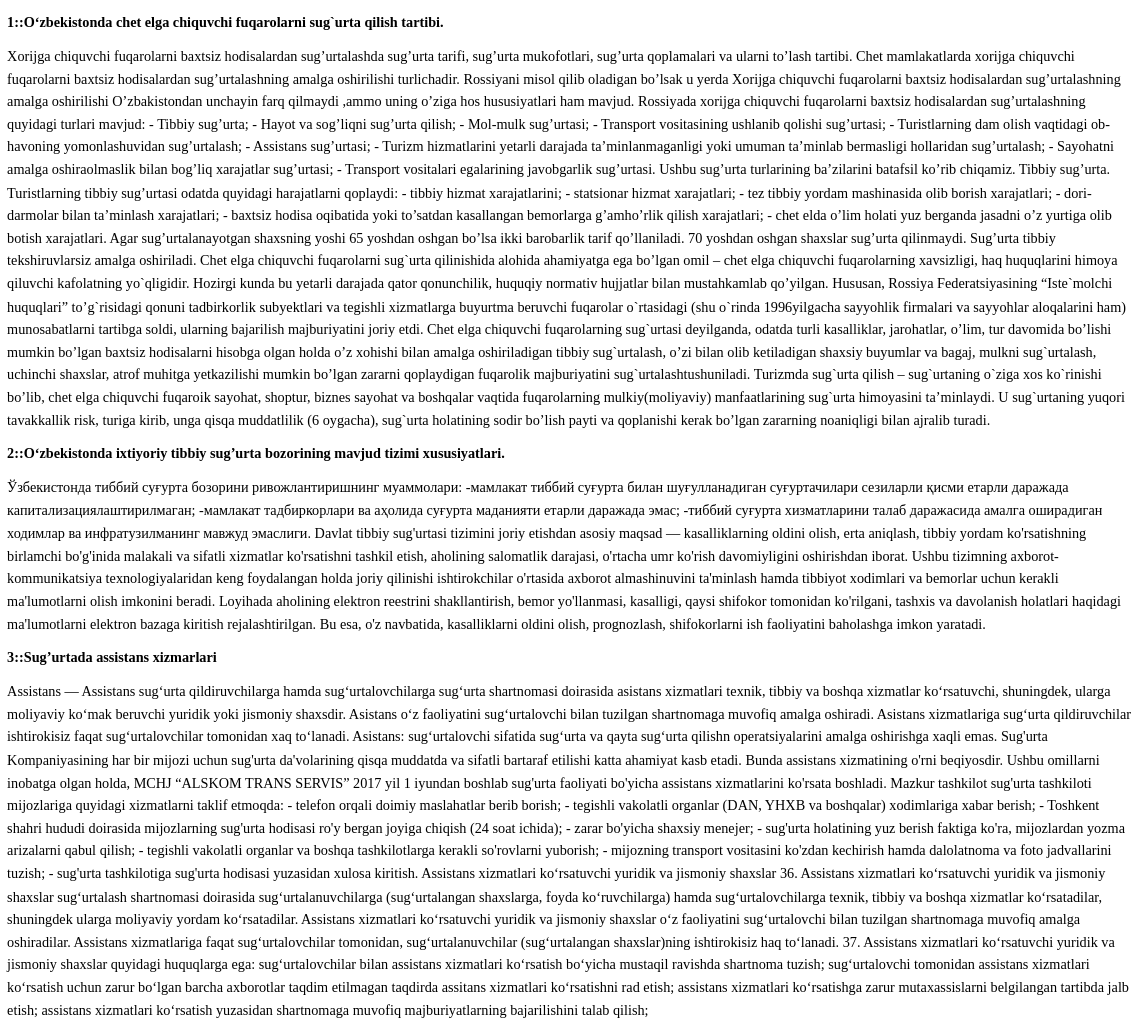
Repository: Ikromkhurozov/exam-inst
Page: index.html
An editor plug-in stored every save of this project. The page is shown before and after the next save, followed by the edit.
The browser window is 1280 px wide. The pictures show the whole page, at 89% of full size.

Above is the page before, as saved 2023-05-21 15:41:52.

After the next save:
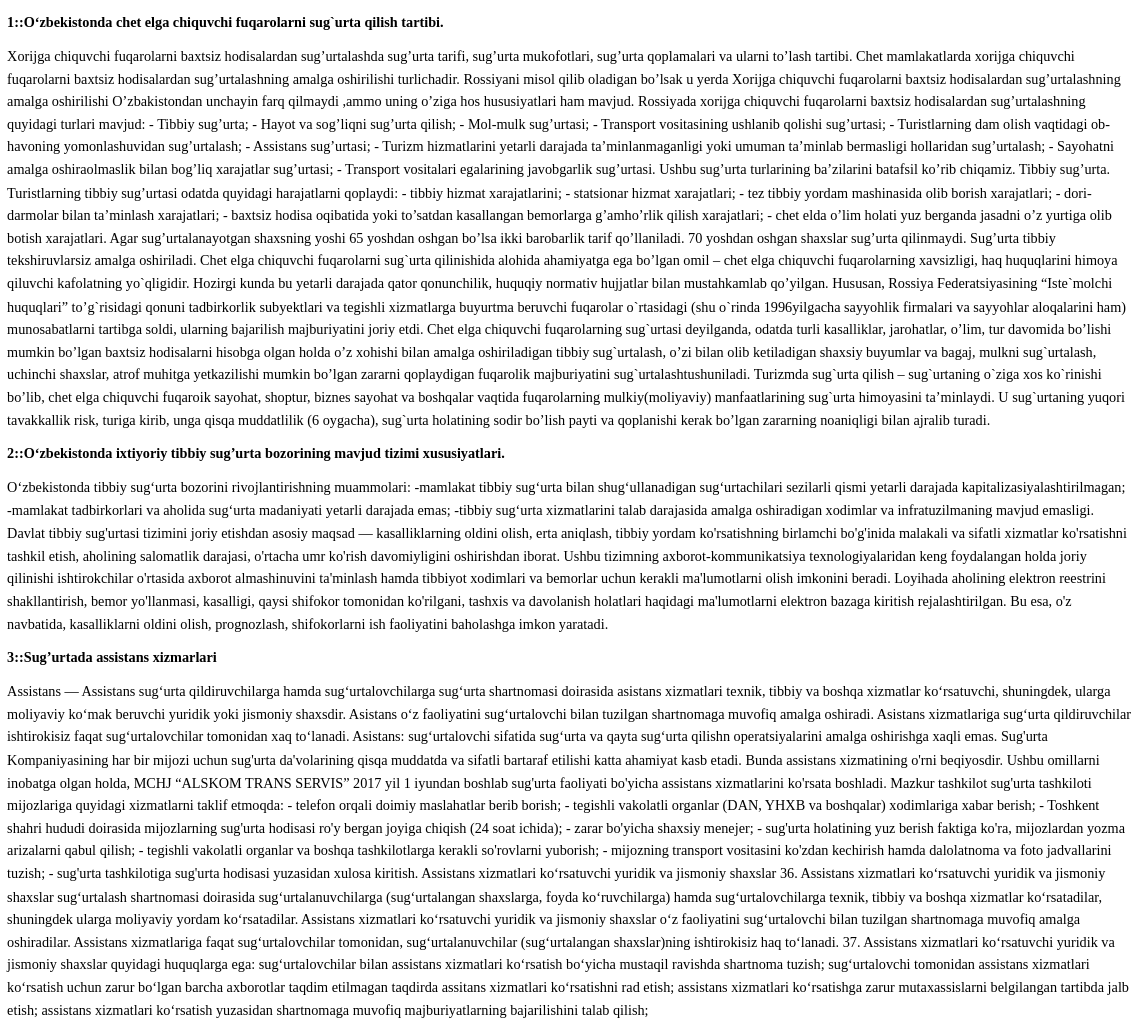
Saved 49 s later.
--- a/index.html
+++ b/index.html
@@ -62,10 +62,10 @@
 
     <h3>2::O‘zbekistonda ixtiyoriy tibbiy sugʼurta bozorining mavjud tizimi xususiyatlari.</h3>
     <div>
-     Ўзбекистонда тиббий суғурта бозорини ривожлантиришнинг муаммолари:
-     -мамлакат тиббий суғурта билан шуғулланадиган суғуртачилари сезиларли қисми етарли даражада капитализациялаштирилмаган;
-    -мамлакат тадбиркорлари ва  аҳолида суғурта маданияти етарли даражада эмас;
-    -тиббий суғурта хизматларини талаб даражасида амалга оширадиган ходимлар ва инфратузилманинг мавжуд эмаслиги.
+      O‘zbekistonda tibbiy sug‘urta bozorini rivojlantirishning muammolari:
+      -mamlakat tibbiy sug‘urta bilan shug‘ullanadigan sug‘urtachilari sezilarli qismi yetarli darajada kapitalizasiyalashtirilmagan;
+     -mamlakat tadbirkorlari va  aholida sug‘urta madaniyati yetarli darajada emas;
+     -tibbiy sug‘urta xizmatlarini talab darajasida amalga oshiradigan xodimlar va infratuzilmaning mavjud emasligi.
 
     Davlat tibbiy sug'urtasi tizimini joriy etishdan asosiy maqsad — kasalliklarning oldini olish, erta aniqlash, tibbiy yordam ko'rsatishning birlamchi bo'g'inida malakali va sifatli xizmatlar ko'rsatishni tashkil etish, aholining salomatlik darajasi, o'rtacha umr ko'rish davomiyligini oshirishdan iborat. Ushbu tizimning axborot-kommunikatsiya texnologiyalaridan keng foydalangan holda joriy qilinishi ishtirokchilar o'rtasida axborot almashinuvini ta'minlash hamda tibbiyot xodimlari va bemorlar uchun kerakli ma'lumotlarni olish imkonini beradi.
 
